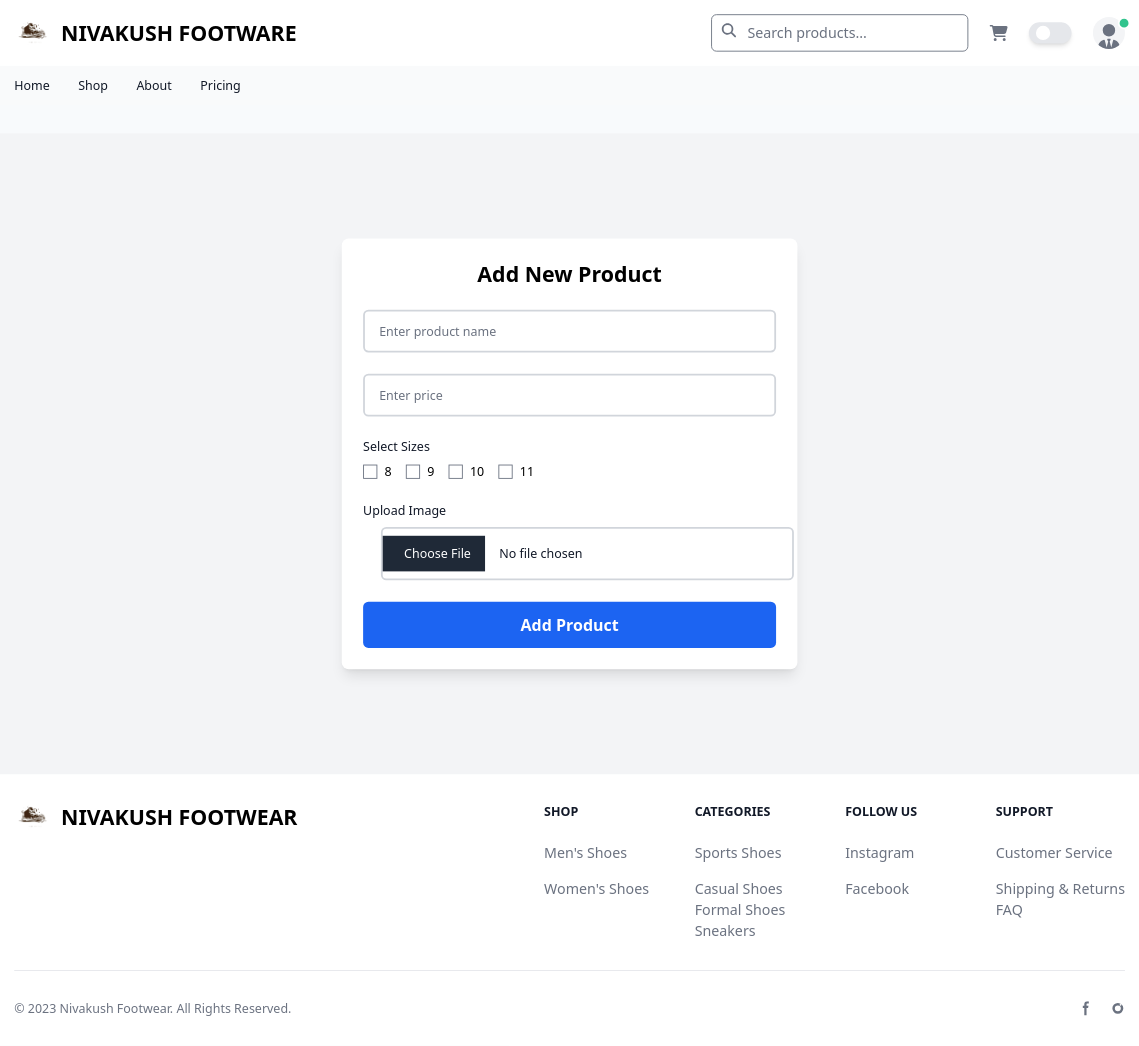
Repository: sibi24sibi/shoe-ecommerce
Page: /admin
An editor plug-in stored every save of this project. The page is shown before and after the next save, followed by the edit.
The browser window is 1280 px wide. The pictures show the whole page, at 89% of full size.
Some web libraries are served in a nearby version. The project was rebuilt for these pictures with package versions that can differ from the ones it lists, and the page was loaded fresh each time. Also part of the build but not shown: vite.config.js, src/Payment.jsx, src/Components/Products.jsx, src/Components/Carosel.jsx, src/Prod-page.jsx, src/Cart-page.jsx, src/ProductInfo.jsx, src/Aboutus.jsx and 3 more.

Above is the page before, as saved 2024-09-12 10:18:03.

After the next save:
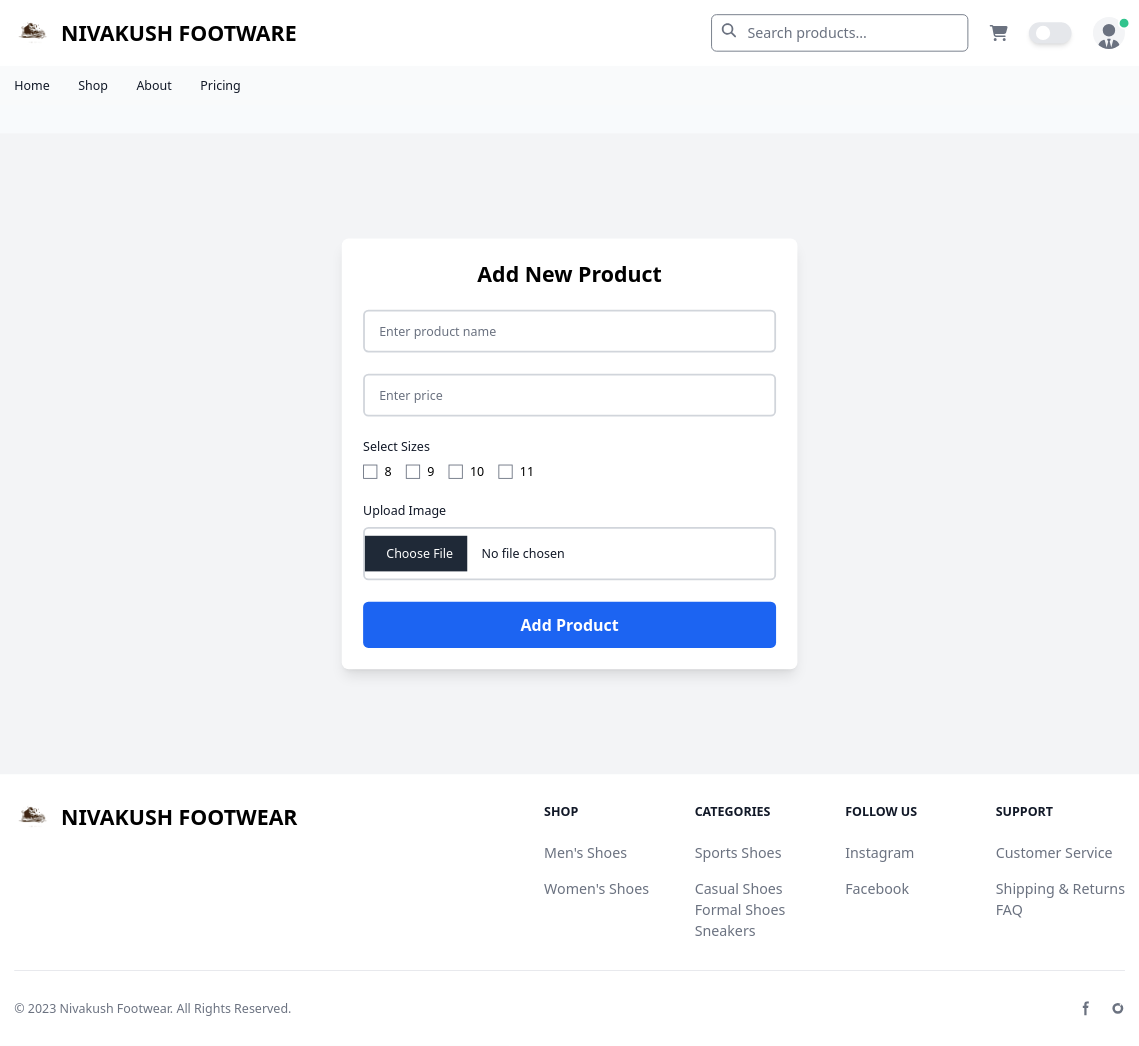
Saved 4 s later.
--- a/src/Adminpage.jsx
+++ b/src/Adminpage.jsx
@@ -119,7 +119,7 @@ function AddProductForm() {
             type="file"
             accept="image/*"
             onChange={handleImageUpload}
-            className="block w-full text-sm mx-5 text-gray-900 border-2 border-gray-300 rounded-md p-2 focus:outline-none focus:ring-2 focus:ring-blue-500"
+            className="block w-full text-sm text-gray-900 border-2 border-gray-300 rounded-md p-2 focus:outline-none focus:ring-2 focus:ring-blue-500"
           />
         </div>
 
